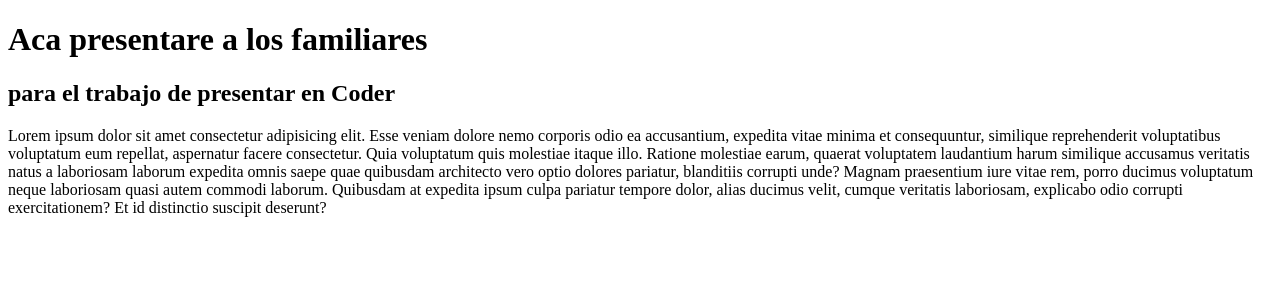
Repository: gadiazsaavedra/Familiares
Page: Familiares/Familiares/plantillas/template1.html
An editor plug-in stored every save of this project. The page is shown before and after the next save, followed by the edit.
The browser window is 1280 px wide. The pictures show the whole page.

Above is the page before, as saved 2021-12-07 16:18:32.

### Familiares/Familiares/plantillas/template1.html
<!DOCTYPE html>
<html lang="en">
<head>
    <meta charset="UTF-8">
    <meta http-equiv="X-UA-Compatible" content="IE=edge">
    <meta name="viewport" content="width=device-width, initial-scale=1.0">
    <title>Familia</title>
</head>
<body>
    <h1>Aca presentare a los familiares</h1>
    <h2>para el trabajo de presentar en Coder</h2>
    <p>Lorem ipsum dolor sit amet consectetur adipisicing elit. Esse veniam dolore nemo corporis odio ea accusantium, expedita vitae minima et consequuntur, similique reprehenderit voluptatibus voluptatum eum repellat, aspernatur facere consectetur. Quia voluptatum quis molestiae itaque illo. Ratione molestiae earum, quaerat voluptatem laudantium harum similique accusamus veritatis natus a laboriosam laborum expedita omnis saepe quae quibusdam architecto vero optio dolores pariatur, blanditiis corrupti unde? Magnam praesentium iure vitae rem, porro ducimus voluptatum neque laboriosam quasi autem commodi laborum. Quibusdam at expedita ipsum culpa pariatur tempore dolor, alias ducimus velit, cumque veritatis laboriosam, explicabo odio corrupti exercitationem? Et id distinctio suscipit deserunt?</p>
</body>
</html>

After the next save:
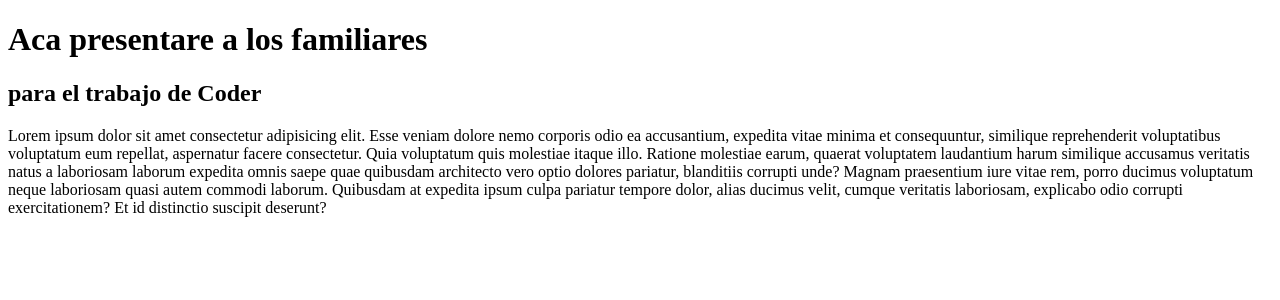
Saved 5 s later.
--- a/Familiares/Familiares/plantillas/template1.html
+++ b/Familiares/Familiares/plantillas/template1.html
@@ -8,7 +8,7 @@
 </head>
 <body>
     <h1>Aca presentare a los familiares</h1>
-    <h2>para el trabajo de presentar en Coder</h2>
+    <h2>para el trabajo de Coder</h2>
     <p>Lorem ipsum dolor sit amet consectetur adipisicing elit. Esse veniam dolore nemo corporis odio ea accusantium, expedita vitae minima et consequuntur, similique reprehenderit voluptatibus voluptatum eum repellat, aspernatur facere consectetur. Quia voluptatum quis molestiae itaque illo. Ratione molestiae earum, quaerat voluptatem laudantium harum similique accusamus veritatis natus a laboriosam laborum expedita omnis saepe quae quibusdam architecto vero optio dolores pariatur, blanditiis corrupti unde? Magnam praesentium iure vitae rem, porro ducimus voluptatum neque laboriosam quasi autem commodi laborum. Quibusdam at expedita ipsum culpa pariatur tempore dolor, alias ducimus velit, cumque veritatis laboriosam, explicabo odio corrupti exercitationem? Et id distinctio suscipit deserunt?</p>
 </body>
 </html>
